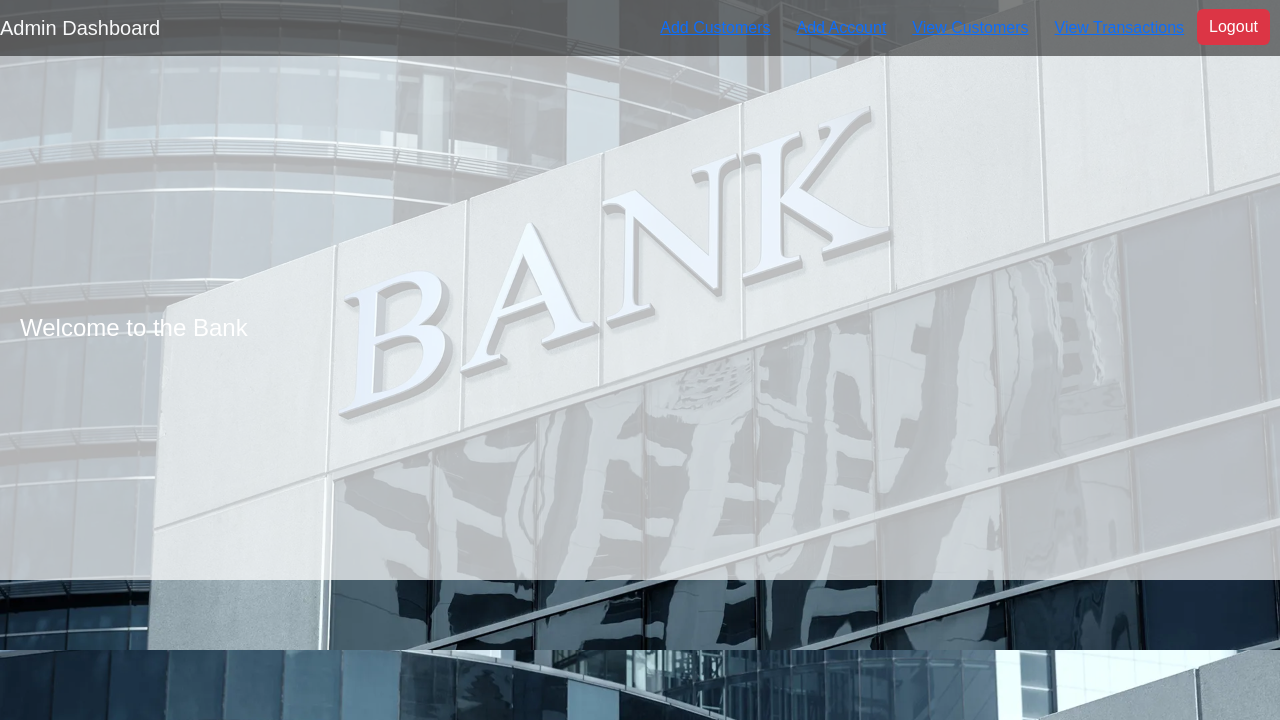
Repository: prathamsuhasia/swabhav-mini-project
Page: http://localhost/01-mini-project/Admin.jsp
The author's editor kept a copy of each file at every save. The page is drawn from the files as they stood at one save, then again after the next save.
The browser window is 1280 px wide. The pictures show the whole page.
The page is served by Tomcat 9. The session is filled in as if someone had signed in: {"username": "testuser", "admin": "admin"}.

Above is the page before, as saved 2024-08-15 16:11:34.

After the next save:
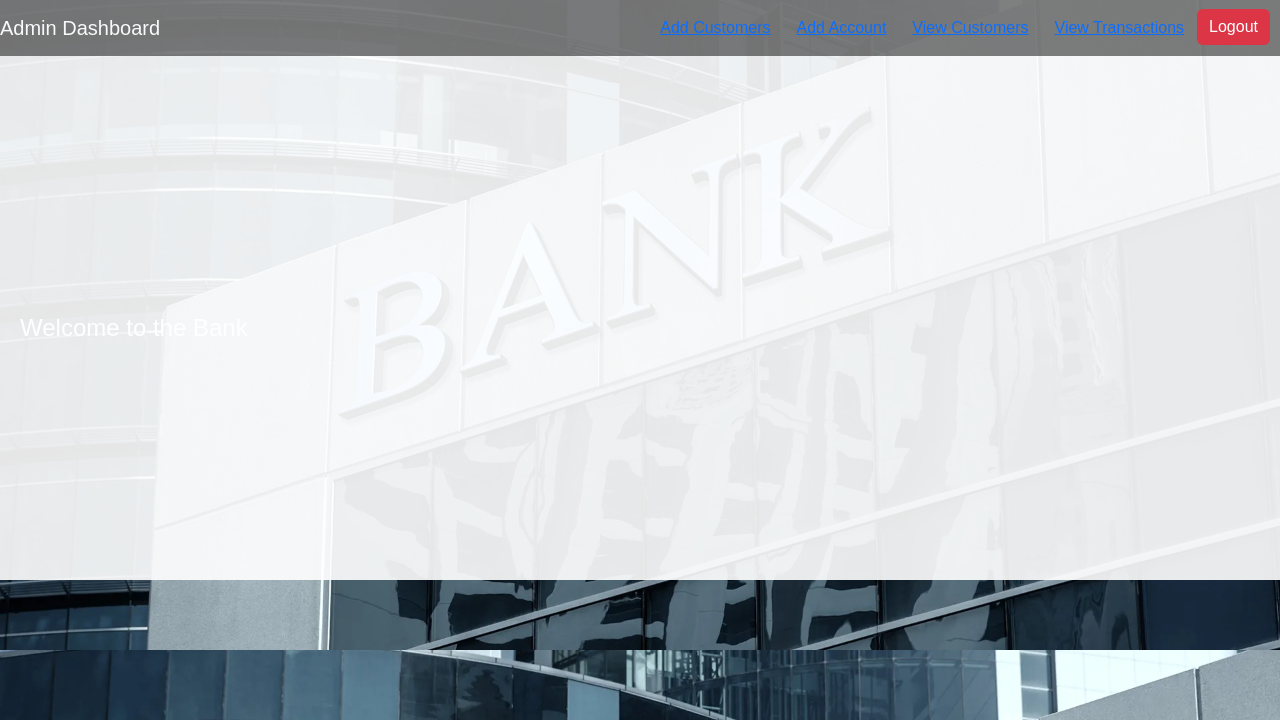
Saved 7 s later.
--- a/01-mini-project/WebContent/Admin.jsp
+++ b/01-mini-project/WebContent/Admin.jsp
@@ -83,7 +83,7 @@ body::before {
 	left: 0;
 	width: 100%;
 	height: 100%;
-	background-color: rgba(255, 255, 255, 0.7);
+	background-color: rgba(255, 255, 255, 0.9);
 	/* Adjust opacity to make it lighter or darker */
 }
 </style>
